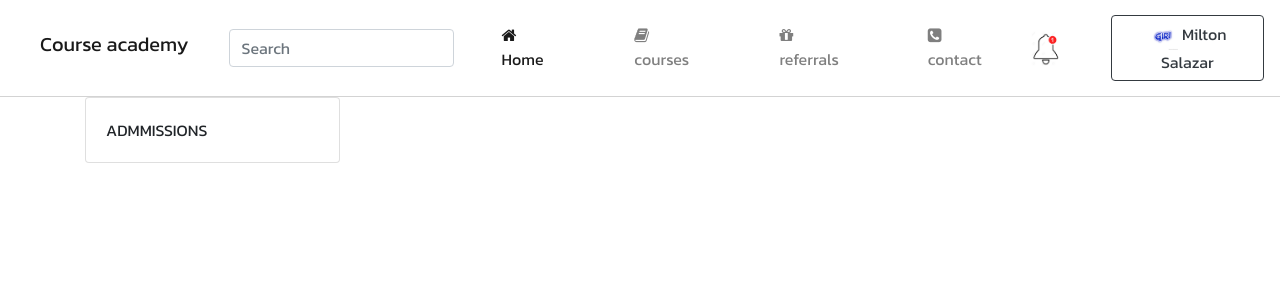
Repository: giribabu1997/html-layout
Page: task.html
The author's editor kept a copy of each file at every save. The page is drawn from the files as they stood at one save, then again after a run of saves.
The browser window is 1280 px wide. The pictures show the whole page.

Above is the page before, as saved 2019-06-24 14:54:40.

After the next 3 saves:
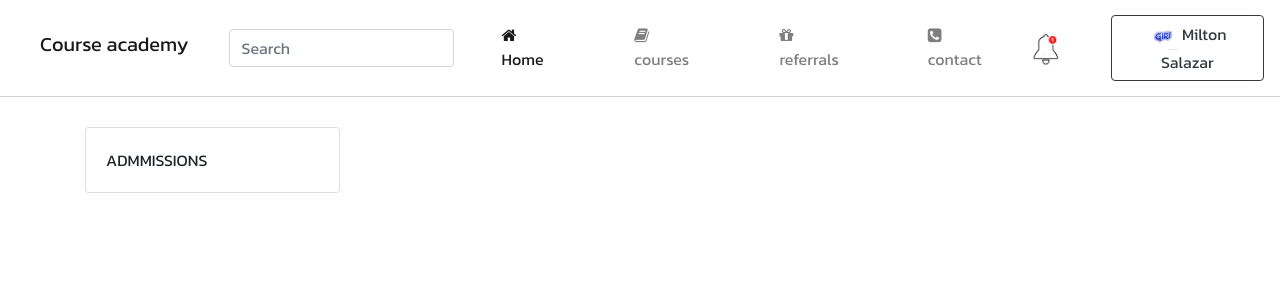
The 3 saves are shown as one change because they came seconds apart.
The last was saved 40 s later.
--- a/task.html
+++ b/task.html
@@ -69,7 +69,7 @@
             </div>
         </nav>
     </div>
-    <div class="container" style="">
+    <div class="container" style="padding-top: 30px">
         <div class="row">
             <div class="col-md-3">
                 <div class="card">
